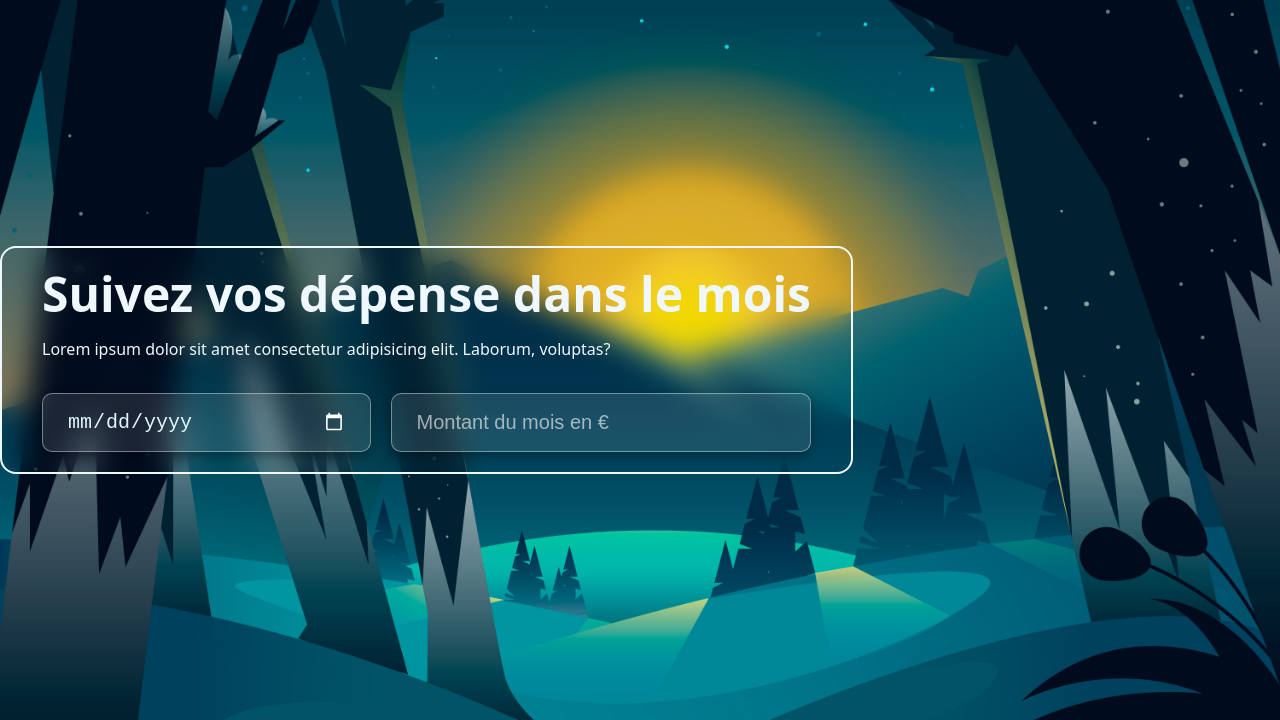
Repository: Alexandre74739/depense-react
Page: /
An editor plug-in stored every save of this project. The page is shown before and after a run of saves, followed by the edit.
The browser window is 1280 px wide. The pictures show the whole page.
The project was rebuilt for these pictures with package versions that can differ from the ones it lists, and the page was loaded fresh each time. Also part of the build but not shown: vite.config.js.

Above is the page before, as saved 2025-11-21 19:31:13.

After the next 2 saves:
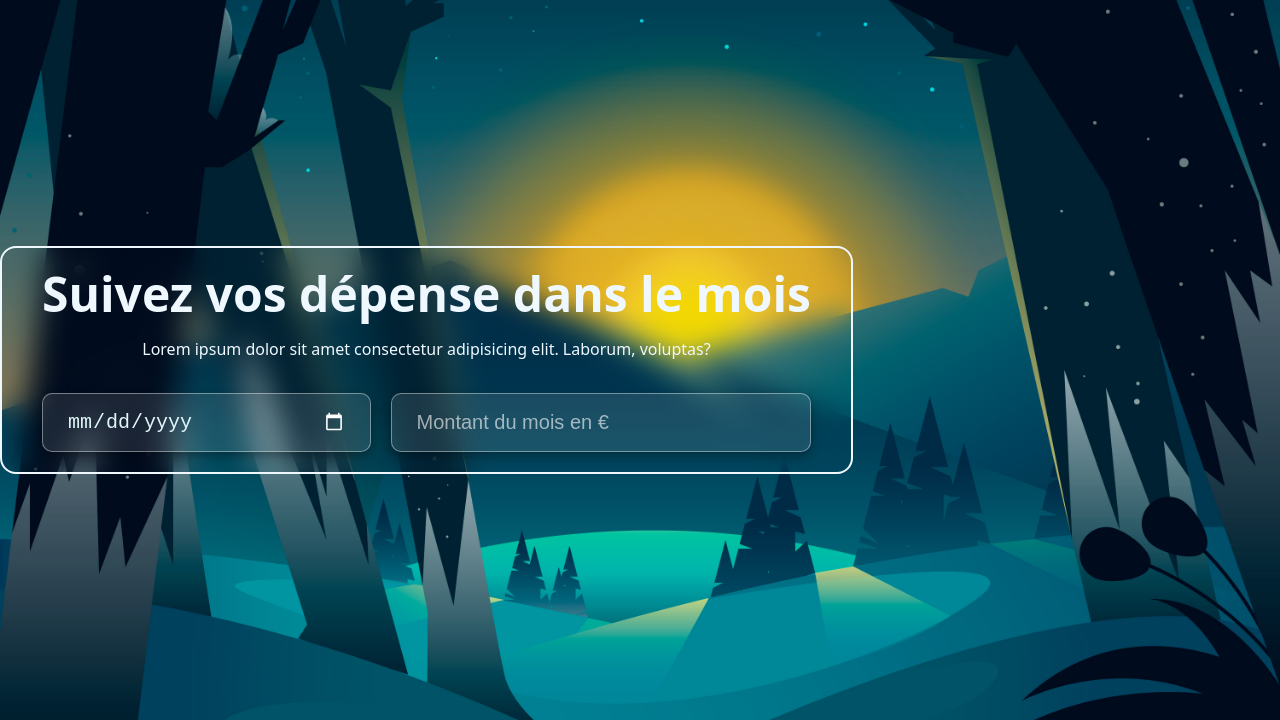
The 2 saves are shown as one change because they came seconds apart.
The last was saved 9 s later.
--- a/src/App.css
+++ b/src/App.css
@@ -12,7 +12,7 @@ body {
 }
 
 .container {
-  align-items: center;
+  text-align: center;
   background-color: transparent;
   border: 2px solid aliceblue;
   border-radius: 16px;
